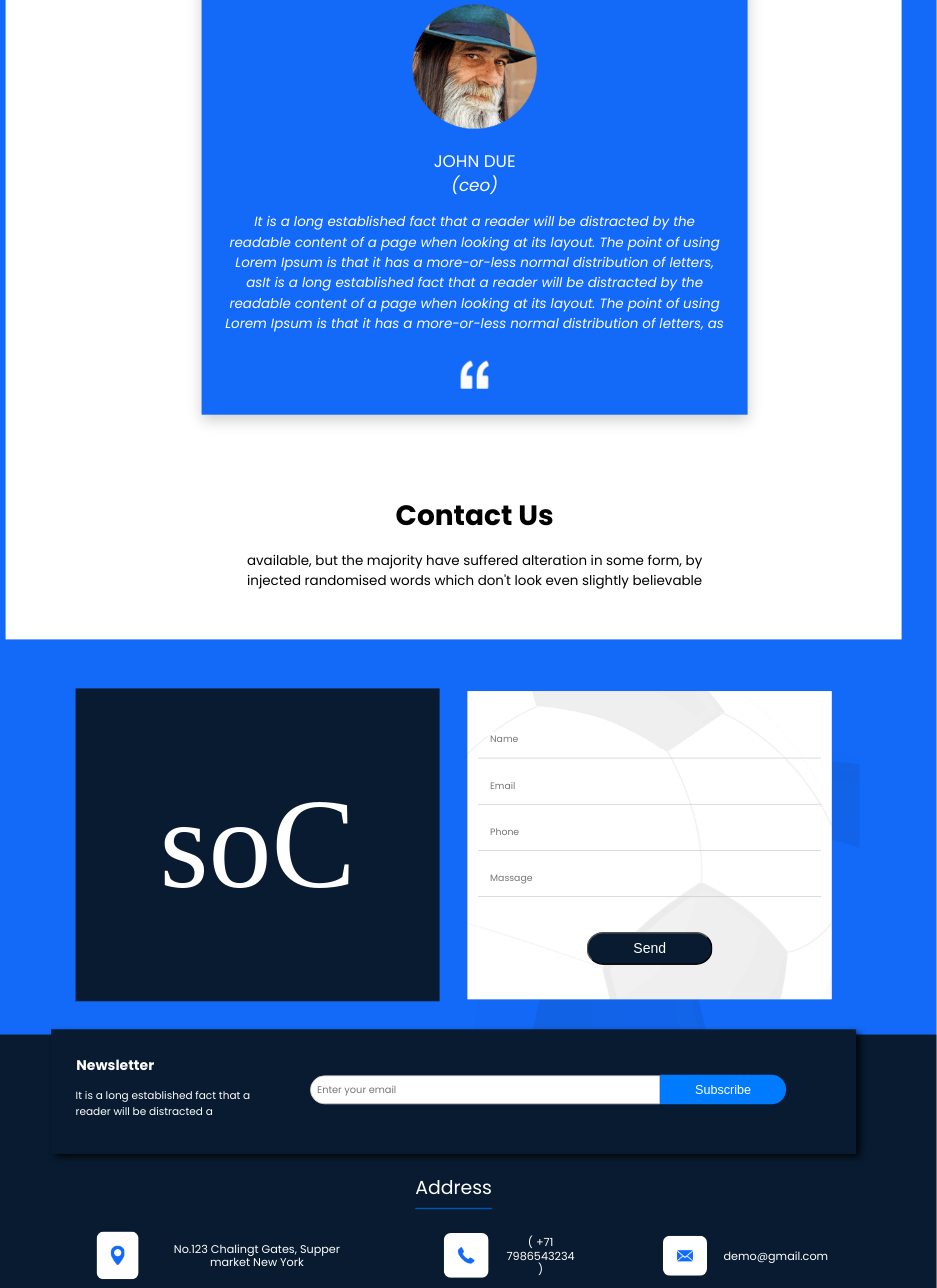
Repository: Vinicius9922/Projeto-Web
Page: index.html
These files come from the project's save history. The page is drawn as it stood at one moment and after a run of saves; the edit follows.
The browser window is 1280 px wide. The page is 1338 px wide, so the pictures cover 1338 px, including what lies to the right of the window. The pictures show the part of the page from y = 3009 to 4849 px (the page is 4985 px tall before and 4979 px after), at 70% of full size.

Above is the page before, as saved 2024-12-14 13:04:38.

After the next 2 saves:
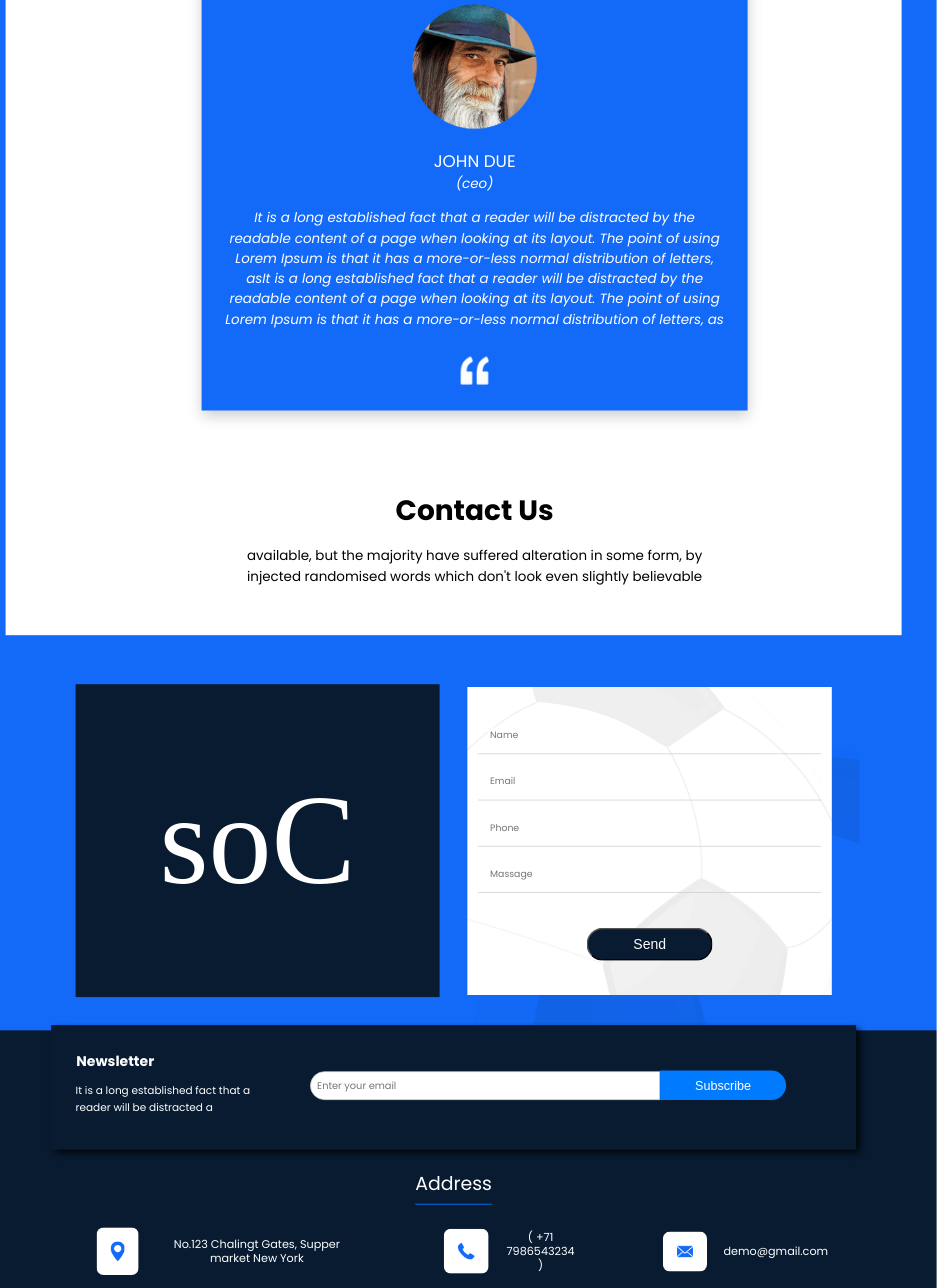
The 2 saves are shown as one change because they came seconds apart.
The last was saved 11 s later.
--- a/index.css
+++ b/index.css
@@ -310,7 +310,7 @@
 
 .john_text span {
     font-style: italic;
-    font-size: 1.0em;
+    font-size: 0.8em;
     display:block;
 }
 
